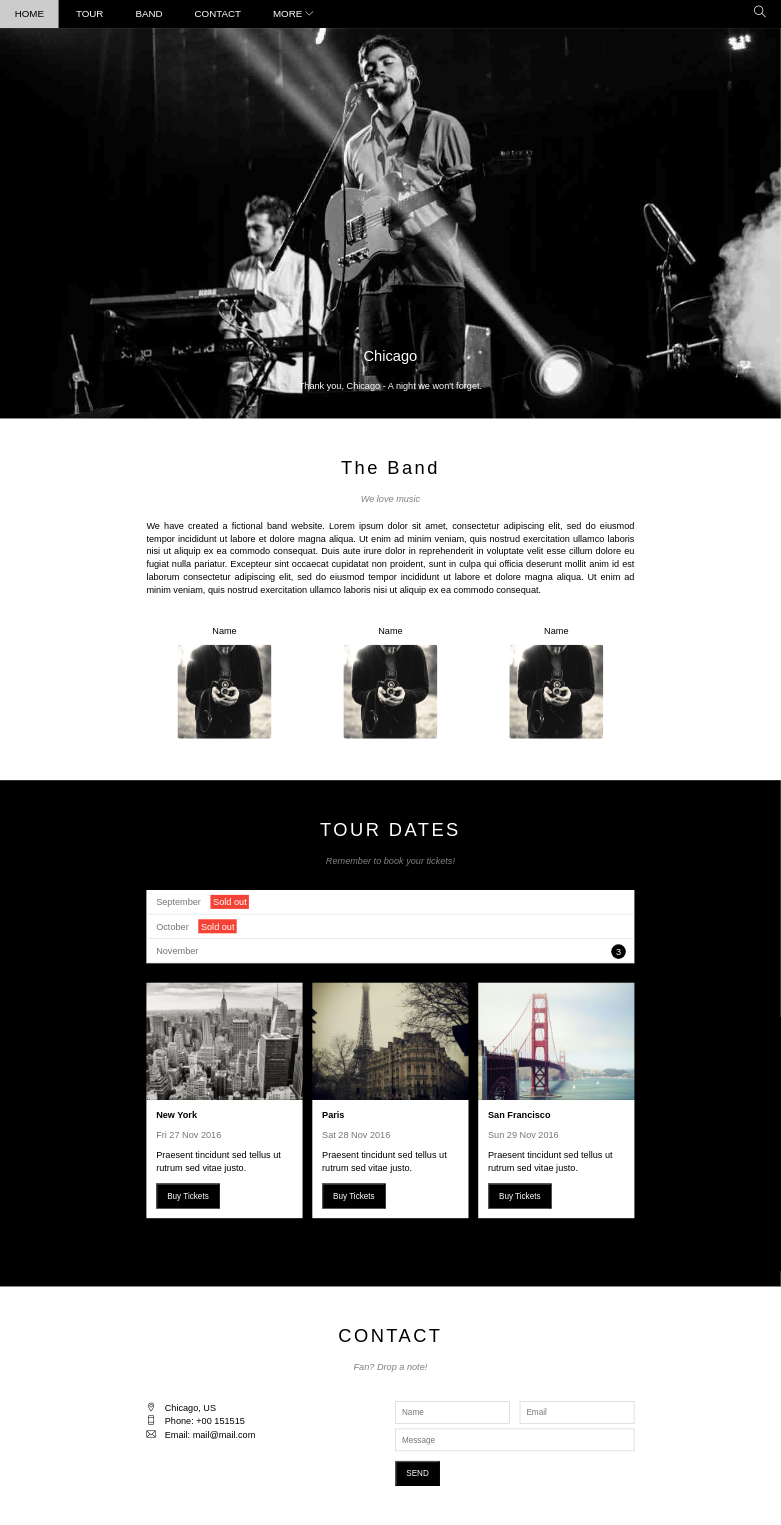
Repository: ducvui2003/LTCB
Page: index.html
The author's editor kept a copy of each file at every save. The page is drawn from the files as they stood at one save, then again after the next save.
The browser window is 1280 px wide. The pictures show the whole page, at 61% of full size.

Above is the page before, as saved 2022-01-13 11:06:15.

### index.html
<!DOCTYPE html>
<html lang="en">

<head>
    <meta charset="UTF-8">
    <meta http-equiv="X-UA-Compatible" content="IE=edge">
    <meta name="viewport" content="width=device-width, initial-scale=1.0">
    <title>The Band W3_School</title>
    <link rel="stylesheet" href="./assest/Css/styles.css">
    <link rel="stylesheet" href="./assest/Fonts/themify-icons-font (1)/themify-icons/themify-icons.css">
</head>

<body>
    <div id="main">
        <!-- Begin: Header -->
        <div id="header">
            <!-- Begin: Nav -->
            <ul id="nav">
                <li>
                    <a href="">Home</a>
                </li>
                <li>
                    <a href="">Tour</a>
                </li>
                <li>
                    <a href="">Band</a>
                </li>
                <li>
                    <a href="">Contact</a>
                </li>
                <li>
                    <a href="">
                        More
                        <!-- icons -->
                        <i class="nav-arrow-down ti-angle-down"></i>
                    </a>
                    <ul class="subnav">
                        <li>
                            <a href="">Merchandise</a>
                        </li>
                        <li>
                            <a href="">Extras</a>
                        </li>
                        <li>
                            <a href="">Media</a>
                        </li>
                    </ul>
                </li>
            </ul>
            <!-- End: Nav -->
            <!-- Begin: Search button -->
            <div class="search-button">
                <i class="search-icon ti-search"></i>
            </div>
            <!-- End: Search button -->
        </div>
        <!-- End: Header -->

        <!-- Begin: Slides -->
        <div id="slides">
            <div class="text-content">
                <h2 class="text-heading">Chicago</h2>
                <div class="text-paragraph">Thank you, Chicago - A night we won't forget.
                </div>
            </div>
        </div>
        <!-- End: Slides -->

        <!-- Begin: Content -->
        <div id="content">

            <!-- About section -->
            <div class="content-section">
                <h1 class="section-heading">The Band</h1>
                <p class="section-sub-heading">We love music

                </p>
                <p class="content-text">We have created a fictional band website. Lorem ipsum dolor sit amet, consectetur adipiscing elit, sed do eiusmod tempor incididunt ut labore et dolore magna aliqua. Ut enim ad minim veniam, quis nostrud exercitation ullamco laboris nisi
                    ut aliquip ex ea commodo consequat. Duis aute irure dolor in reprehenderit in voluptate velit esse cillum dolore eu fugiat nulla pariatur. Excepteur sint occaecat cupidatat non proident, sunt in culpa qui officia deserunt mollit anim
                    id est laborum consectetur adipiscing elit, sed do eiusmod tempor incididunt ut labore et dolore magna aliqua. Ut enim ad minim veniam, quis nostrud exercitation ullamco laboris nisi ut aliquip ex ea commodo consequat.</p>

                <!-- Team section -->
                <div class="row member-list">
                    <div class="col col-third text-align">
                        <p class="member-name">Name</p>
                        <img src="./assest/Img/Teams/membersAvatar.jpg" alt="Name" class="member-avatar">
                    </div>

                    <div class="col col-third text-align">
                        <p class="member-name">Name</p>
                        <img src="./assest/Img/Teams/membersAvatar.jpg" alt="Name" class="member-avatar">
                    </div>

                    <div class="col col-third text-align">
                        <p class="member-name">Name</p>
                        <img src="./assest/Img/Teams/membersAvatar.jpg" alt="Name" class="member-avatar">
                    </div>

                </div>
            </div>

            <!-- Tour section -->
            <div class="tour-section">
                <div class="content-section">
                    <h1 class=" text-white section-heading">TOUR DATES</h1>
                    <p class="text-white section-sub-heading">Remember to book your tickets!</p>

                    <!-- Ticket-list -->
                    <ul class="ticket-list">
                        <li>September<span class="sold-out">Sold out</span></li>
                        <li>October<span class="sold-out">Sold out</span></li>
                        <li>November <span class="quantity">3</span></li>
                    </ul>

                    <!-- Places -->
                    <div class="row place-list">
                        <!-- Place 1 -->
                        <div class="col col-third">
                            <img src="./assest/Img/Places/place1.jpg" alt="New York" class="place-img">
                            <div class="place-body">
                                <h3 class="place-heading">New York</h3>
                                <p class="place-time">Fri 27 Nov 2016</p>
                                <p class="place-desc">Praesent tincidunt sed tellus ut rutrum sed vitae justo.</p>
                                <button class="btn js-buy-ticket">Buy Tickets</button>
                            </div>
                        </div>
                        <!-- Place 2 -->
                        <div class="col col-third">
                            <img src="./assest/Img/Places/place2.jpg" alt="Paris" class="place-img">
                            <div class="place-body">
                                <h3 class="place-heading">Paris</h3>
                                <p class="place-time">Sat 28 Nov 2016</p>
                                <p class="place-desc">Praesent tincidunt sed tellus ut rutrum sed vitae justo.</p>
                                <button class="btn js-buy-ticket">Buy Tickets</button>
                            </div>
                        </div>
                        <!-- Place 3 -->
                        <div class="col col-third">
                            <img src="./assest/Img/Places/place3.jpg" alt="San Francisco" class="place-img">
                            <div class="place-body">
                                <h3 class="place-heading">San Francisco</h3>
                                <p class="place-time">Sun 29 Nov 2016</p>
                                <p class="place-desc">Praesent tincidunt sed tellus ut rutrum sed vitae justo.</p>
                                <button class="btn js-buy-ticket">Buy Tickets</button>
                            </div>
                        </div>

                    </div>
                </div>
            </div>

            <!-- Contact section -->
            <div class="content-section">
                <h1 class="section-heading">CONTACT</h1>
                <p class="section-sub-heading">Fan? Drop a note! </p>

                <div class="row contact-content">
                    <div class="col col-half contact-info">
                        <p><i class="ti-location-pin"></i>Chicago, US</p>
                        <p><i class="ti-mobile"></i>Phone: +00 151515</p>
                        <p><i class="ti-email"></i>Email: mail@mail.com</p>
                    </div>
                    <div class="col col-half contact-form">
                        <!-- Form -->
                        <form action="">
                            <div class="row ">

                                <div class="col col-half ">
                                    <input type="text" required placeholder="Name" class="form-control">
                                </div>

                                <div class="col col-half">
                                    <input type="email" required placeholder="Email" class="form-control">
                                </div>

                            </div>
                            <div class="row mt-8">
                                <div class="col col-full">
                                    <input type="text" required placeholder="Message" class="form-control">
                                </div>
                            </div>
                            <input class="btn mt-16" type="submit" value="SEND">
                        </form>
                    </div>

                </div>
            </div>

        </div>

        <!-- End: Content -->
        <div id="footer"></div>
    </div>
    </div>

    <!-- Modal -->
    <div class="modal js-modal">

        <div class="modal-container js-modal-container">
            <div class="modal-close js-modal-close">
                <ti class="ti-close"></ti>
            </div>

            <!-- Thẻ header dùng y như thẻ div -->
            <header class="heading-modal">
                <i class="ti-bag">
            Tickets
            </i>
            </header>

            <div class="modal-body">
                <!-- quantity is id of input, it help user focus in label -->
                <label for="ticket-quantity" class="modal-label">
                    <i class="ti-shopping-cart"></i>
                    Tickets, $15 per person
                </label>
                <input id="ticket-quantity" type="text" class="modal-input" placeholder="How many?">

                <!-- quantity is id of input, it help user focus in label -->
                <label for="ticket-email" class="modal-label">
                    <i class="ti-user"></i>
                    Send To
                </label>
                <input id="ticket-email" type="email" class="modal-input" placeholder="Enter email">
                <button class="pay-ticket">
                    Pay
                    <i class="ti-check">
                    </i>
                </button>
            </div>

            <footer class="modal-footer">
                <p class="modal-help">Need <a href="">help?</a></p>
            </footer>
        </div>
    </div>


    <script>
        // querySelectorAll: Lấy ra tất cả
        const buyBtns = document.querySelectorAll('.js-buy-ticket')
            // querySelector: Lấy ra 1 thành phần
        const modal = document.querySelector('.modal')
        const modalClose = document.querySelector('.js-modal-close')
        const modalContainer = document.querySelector('.js-modal-container')

        // Function use to show modal tickets(add open to .modal)
        function showBuyTickets() {
            modal.classList.add('open')
        }

        // Function use to hide modal tikets (remove open of .modal)
        function hideBuyTickets() {
            modal.classList.remove('open')
        }

        // Loop 3 button and listen Event Click
        // Run 3 rounds
        for (const buyBtn of buyBtns) {
            // addEventListner: lắng nghe hành vi người dung (click chuột) bên trong là thao tác kèm theo đó là hành động xảy ra sau khi click vào đó, ở đây t để 1 hàm sau dâu (,) để show menu ticket
            buyBtn.addEventListener('click', showBuyTickets)
        }
        // Listen Event when user clicked button close

        modalClose.addEventListener('click', hideBuyTickets)

        modal.addEventListener('click', hideBuyTickets)

        modalContainer.addEventListener('click', function(event) {
            event.stopPropagation()
        })
    </script>
</body>

</html>

### assest/Css/styles.css
/* Common */

* {
    padding: 0;
    margin: 0;
    box-sizing: border-box;
}

html {
    font-family: Arial, Helvetica, sans-serif;
}


/* .clear {
    clear: both;
} */

.mt-8 {
    margin-top: 8px !important;
}

.mt-16 {
    margin-top: 16px !important;
}

.text-white {
    color: white !important;
}

.text-align {
    text-align: center !important;
}

.row {
    margin: 0px -8px;
}


/* peasudo class  */

.row::after {
    content: "";
    display: block;
    clear: both;
}

.col {
    float: left;
    padding: 0 8px;
}

.col-full {
    width: 100%;
}

.col-half {
    width: 50%;
}

.col-third {
    width: calc(100% / 3);
}


/* main */

#main {}

#header {
    position: fixed;
    top: 0;
    right: 0;
    left: 0;
    /* fixed đang nổi lên nó sẽ nhường vị trí cho div slides tiếp theo */
    height: 46px;
    background-color: black;
    z-index: 1;
    /* dùng để thêm vào thẻ fixed nhằm đẩy block lên trên các block khác theo chiều cao, giá trị là 0, 1,... */
}

#nav {
    display: inline-block;
    /* display để thẻ nav chỉ dài đúng nội dung của nó thôi */
}

#nav,
.subnav {
    list-style: none;
}

#nav>li {
    display: inline-block;
}

#nav li {
    position: relative;
}

#nav>li>a {
    color: white;
    text-transform: uppercase;
    /* chinh chu thuong thanh hoa */
}

#nav li a {
    text-decoration: none;
    line-height: 46px;
    padding: 0 24px;
    display: block;
}

#nav li:hover .subnav {
    display: block;
}

#nav>li:hover>a,
#nav .subnav li:hover a {
    background-color: #ccc;
    color: black;
}

#nav li:hover a {
    /* line-height: 46px; */
}

#nav .subnav {
    display: none;
    position: absolute;
    top: 46px;
    background-color: #fff;
    box-shadow: 0 0 10px rgba(0, 0, 0, 0.3);
}

#nav .subnav li a {
    color: black;
    padding: 0 16px;
    line-height: 38px;
    width: 160px;
}

#nav .nav-arrow-down {
    font-size: 14px;
}

#header .search-button {
    float: right;
    /* thẻ search-button là thẻ div, có tính kế thừa chiều ngang, nên khi float vào sẽ vô hiệu hoá tính kế thừa chiều ngang đó */
    line-height: 46px;
    padding: 0 24px;
}

#header .search-button:hover {
    background-color: #f44336;
    cursor: pointer;
    /* Dùng để thay đổi con trỏ chuột khi di vào */
}

#header .search-icon {
    color: white;
    font-size: 20px;
}

#slides {
    /* min-height: 1000px; */
    /* background-color: pink; */
    margin-top: 46px;
    padding-top: 50%;
    /* 50% chieu ngang cua chinh the do */
    background: url('/assest/Img/Slides/ChicagoPicture.jpg') top center / cover no-repeat;
    /* shorthand */
    position: relative;
}

#slides .text-content {
    position: absolute;
    bottom: 46px;
    left: 50%;
    /* Cách lề trái 50% chiều ngang */
    transform: translateX(-50%);
    /* Dùng để lùi thẻ theo trục X 50% chiều dài -> Mục đích kết hợp vs transform để căn giữa block */
    color: white;
    text-align: center;
    /* Dùng để căn giữa content, ko dùng để căn block */
    /* cách 2: Thêm width: 100% */
    /* /* cách 3 left: 0 right: 0; */
}

#slides .text-heading {
    font-weight: 500;
    /* dùng để điều chỉnh lại độ dày của chữ, giá trị từ 100-1000  */
    font-size: 24px;
    margin-bottom: 25px;
}

#slides .text-paragraph {
    font-size: 15px;
}

#content {}

#content .content-section {
    width: 800px;
    padding: 64px 0;
    margin-left: auto;
    margin-right: auto;
}

#content .section-heading {
    font-size: 30px;
    font-weight: 500;
    text-align: center;
    letter-spacing: 4px;
}

#content .section-sub-heading {
    font-size: 15px;
    text-align: center;
    margin-top: 25px;
    font-style: italic;
    opacity: 0.5;
}

#content .content-text {
    font-size: 15px;
    margin-top: 25px;
    text-align: justify;
    /* Can deu van ban */
    line-height: 1.4;
    /* Khoang cach giua 2 hang chu */
}

#content .member-list {
    margin-top: 48px;
    /* overflow: hidden; */
}

#content .member-name {
    font-size: 15px;
}

#content .member-avatar {
    margin-top: 15px;
    width: 154px;
    /* Dung the <img> thì chỉ cần đặt 1 chiều */
    border-radius: 4px;
    /* Dùng để tạo bo góc của ảnh */
}


/* Tour-section */

#content .tour-section {
    background-color: black;
}


/* Ticket-list */

.ticket-list {
    background-color: white;
    margin-top: 40px;
}

.ticket-list li {
    font-size: 15px;
    padding: 11px 16px;
    border-bottom: 1px solid #ddd;
    color: #757575;
    list-style: none;
}

.ticket-list .sold-out {
    color: white;
    background-color: #f44336;
    margin-left: 16px;
    padding: 3px 4px;
}

.ticket-list .quantity {
    float: right;
    width: 24px;
    height: 24px;
    border-radius: 50%;
    /* Tao bop goc deu de co hinh tron */
    text-align: center;
    line-height: 24px;
    background-color: black;
    color: white;
    margin: -2px;
    /* Có thẻ float nên có thuộc tính block -> xét đc width, height, dùng đc margin (-) */
}


/* Plac-list */

.place-list {
    margin-top: 32px;
    padding-bottom: 48px;
}


/* .place-ticket {
    width: calc(100% / 3);
} */

.place-img {
    width: 100%;
    display: block;
}

.place-img:hover {
    opacity: 0.6;
}

.place-body {
    background-color: white;
    padding: 16px;
    font-size: 15px;
    /* font-size có tính kế thừa */
}

.place-heading {
    font-size: 15px;
    font-weight: 600;
}

.place-time {
    margin-top: 15px;
    color: #757575;
}

.place-desc {
    margin-top: 15px;
    line-height: 1.4;
}

.btn {
    color: white;
    background-color: black;
    text-decoration: none;
    display: inline-block;
    padding: 11px 16px;
    margin-top: 15px;
    border: null;
}

.btn:hover {
    color: black;
    background-color: #ccc;
}


/* Contact -form */

.contact-content {
    margin-top: 48px;
}

.contact-info {
    font-size: 15px;
    line-height: 1.5;
}

.contact-info i[class*="ti-"] {
    width: 30px;
    display: inline-block;
}

.contact-form {
    font-size: 15px;
}

.contact-form .form-control {
    padding: 10px;
    border: 1px solid #ccc;
    width: 100%;
}


/* .form-submit-btn {
    color: white;
    background-color: black;
    padding: 8px 16px;
    border: 1px solid black;
    float: right;
} */


/* Footer */

#footer {}


/* Modal */

.modal {
    /* Create Overlay */
    position: fixed;
    left: 0;
    right: 0;
    top: 0;
    bottom: 0;
    background-color: rgba(0, 0, 0, 0.4);
    /* Flex-box */
    /* Căn items theo chiều cao */
    align-items: center;
    /* Căn items theo chiều ngang */
    justify-content: center;
    display: none;
}

.modal.open {
    display: flex;
}

.modal-container {
    background-color: #fff;
    width: 900px;
    max-width: calc(100% - 32px);
    min-height: 200px;
    position: relative;
    animation: modalFadeIn ease 0.5s;
}

.modal-container .modal-close {
    position: absolute;
    top: 0;
    right: 0;
    font-size: 24px;
    color: white;
    /* Make Icon large */
    padding: 12px;
}

.modal-container .modal-close:hover {
    color: black;
    background-color: #ccc;
    cursor: pointer;
    opacity: 0.8;
}

.heading-modal {
    width: 100%;
    height: 129px;
    /* flex */
    display: flex;
    align-items: center;
    justify-content: center;
    background-color: #009688;
    font-size: 30px;
    color: white;
    font-family: 'Segoe UI', Tahoma, Geneva, Verdana, sans-serif;
    letter-spacing: 4px;
}

.modal-body {
    padding: 16px;
}

.modal-label {
    display: block;
    font-size: 15px;
    margin-bottom: 12px;
}

.modal-input {
    padding: 8px;
    border: 1px solid #ccc;
    width: 100%;
    font-size: 15px;
    margin-bottom: 24px;
}

.pay-ticket {
    width: 100%;
    padding: 18px;
    background-color: #009688;
    color: white;
    font-size: 15px;
    border: 0px none;
    text-transform: uppercase;
}

.pay-ticket:hover {
    color: black;
    background-color: #ccc;
    cursor: pointer;
    opacity: 0.9;
}

.modal-footer {
    padding: 16px;
    text-align: right;
}

.modal-footer .modal-help a {
    color: #2196F3;
}


/* animation */

@keyframes modalFadeIn {
    from {
        opacity: 0;
        transform: translateY(-140px);
    }
    to {
        opacity: 1;
        transform: translateY(0);
    }
}

Loaded but not shown: assest/Fonts/themify-icons-font (1)/themify-icons/themify-icons.css (common file)

After the next save:
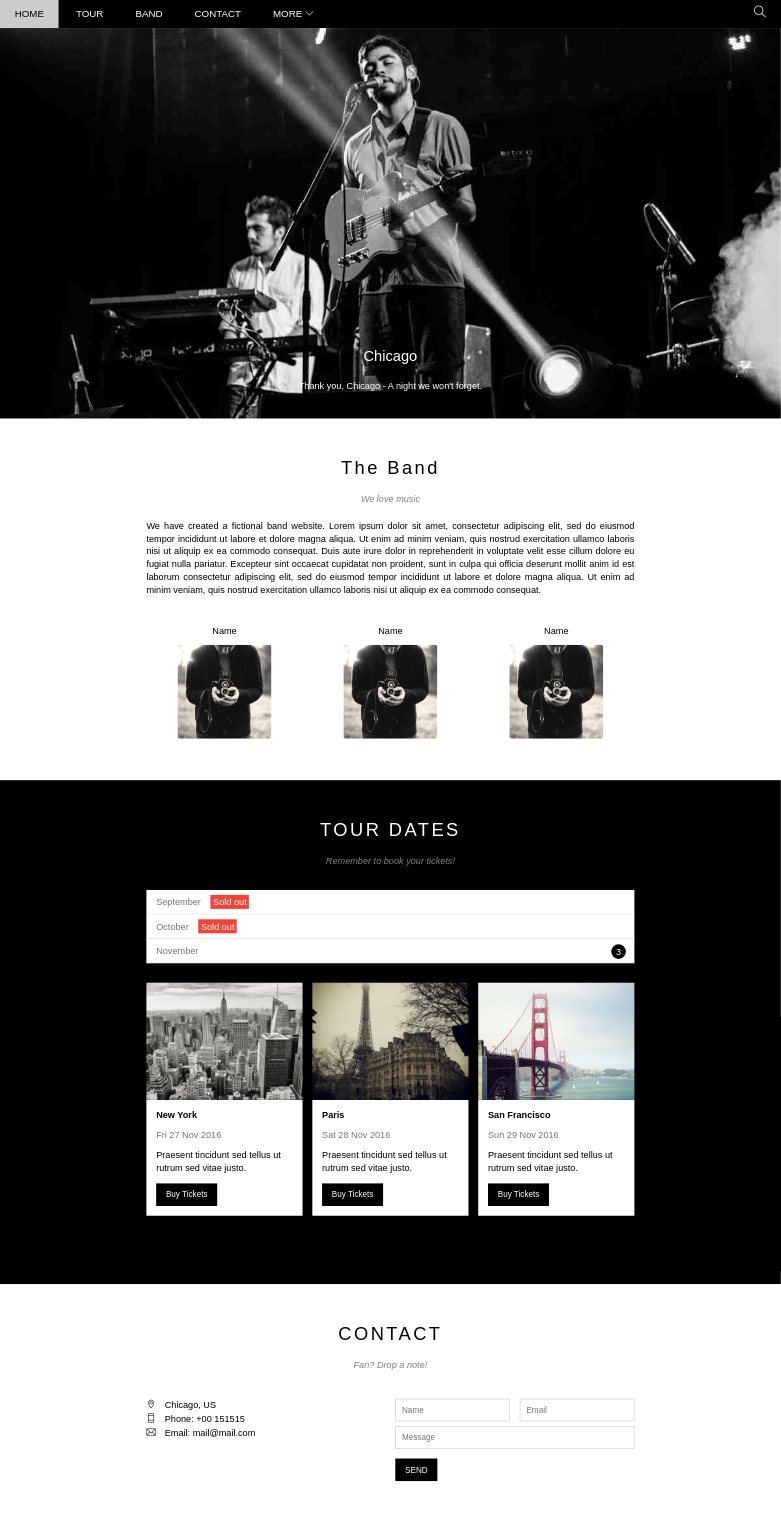
Saved 8 s later.
--- a/assest/Css/styles.css
+++ b/assest/Css/styles.css
@@ -341,7 +341,7 @@
     display: inline-block;
     padding: 11px 16px;
     margin-top: 15px;
-    border: null;
+    border: none;
 }
 
 .btn:hover {
